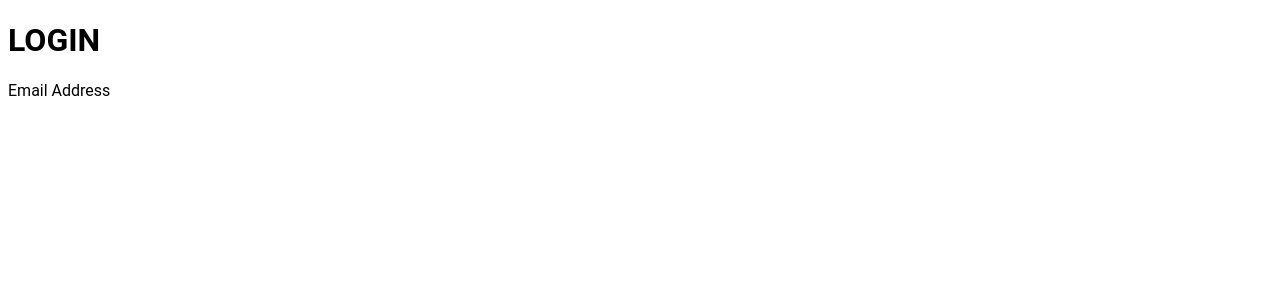
Repository: zjria/Bootstrap_logIn_1
Page: LoginPage/index.html
The author's editor kept a copy of each file at every save. The page is drawn from the files as they stood at one save, then again after the next save.
The browser window is 1280 px wide. The pictures show the whole page.

Above is the page before, as saved 2022-06-10 09:04:53.

### LoginPage/index.html
<!DOCTYPE html>
<html lang="en">
<head>
    <meta charset="UTF-8">
    <meta http-equiv="X-UA-Compatible" content="IE=edge">
    <meta name="viewport" content="width=device-width, initial-scale=1.0">
    <title>LogIn Page</title>
    <!-- Bootstrap CDN Link -->
    <link rel="stylesheet" href="https://cdnjs.cloudflare.com/ajax/libs/bootstrap/5.2.0-beta1/js/bootstrap.min.js">

    <!-- Google Font -->
    <link rel="preconnect" href="https://fonts.googleapis.com">
    <link rel="preconnect" href="https://fonts.gstatic.com" crossorigin>
    <!-- Custom Css -->
    <link rel="stylesheet" href="style.css">
</head>
<body>
    <div class="global-container">
        <div class="card login-form">
            <div class="card-body">
                <h1 class="card-body text-center">LOGIN</h1>
                <div class="card-text">
                    <form action="#">
                        <div class="form-group">
                            <label for="exampleInputEmail">Email Address</label>
                        </div>
                    </form>
                </div>
            </div>
        </div>
    </div>


</body>
</html>

Loaded but not shown: LoginPage/style.css (common file)

After the next save:
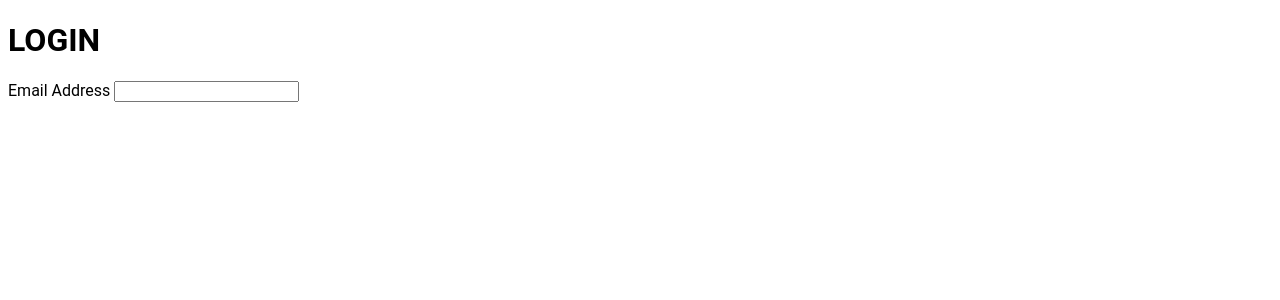
Saved 113 s later.
--- a/LoginPage/index.html
+++ b/LoginPage/index.html
@@ -23,6 +23,7 @@
                     <form action="#">
                         <div class="form-group">
                             <label for="exampleInputEmail">Email Address</label>
+                            <input type="email">
                         </div>
                     </form>
                 </div>
